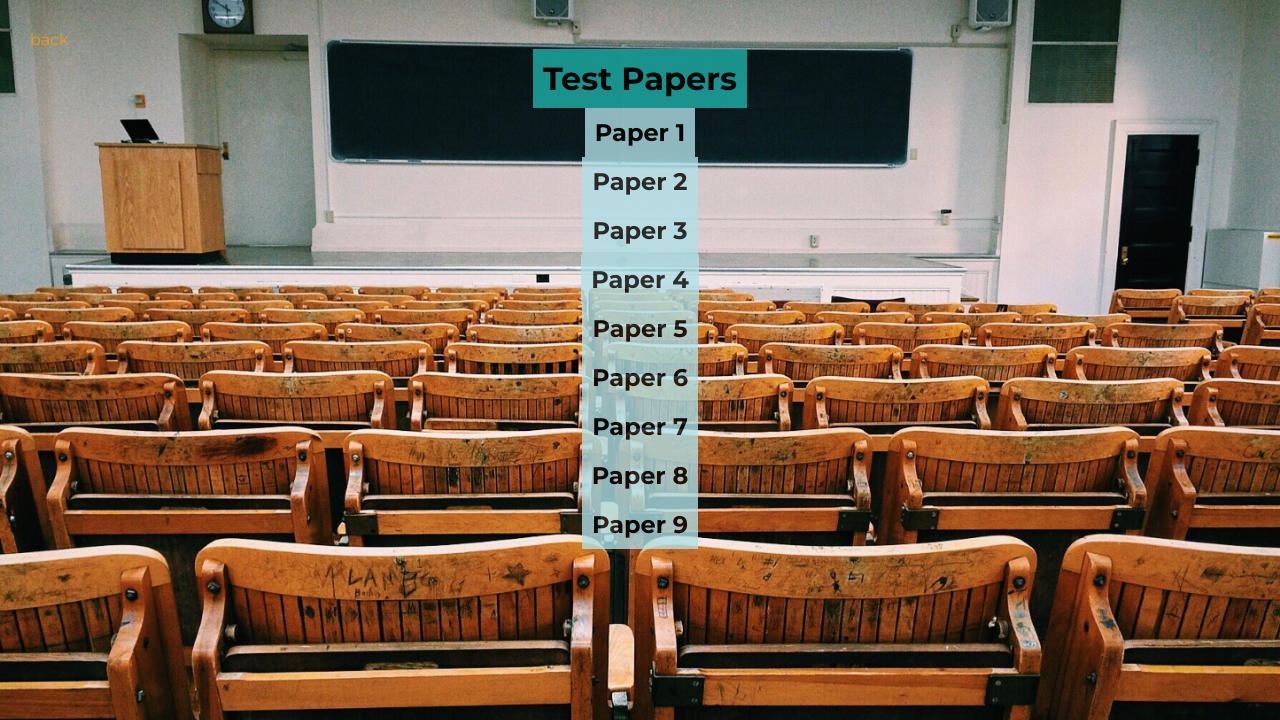
Repository: GauravBrahmbhatt/Psquare
Page: /testpage
These files come from the project's save history. The page is drawn as it stood at one moment and after a run of saves; the edit follows.
The browser window is 1280 px wide. The pictures show the whole page.
The project was rebuilt for these pictures with package versions that can differ from the ones it lists, and the page was loaded fresh each time. Also part of the build but not shown: src/pages/main.js, src/pages/timer.js, src/pages/TestPapers/level1.js.

Above is the page before, as saved 2020-06-18 18:31:01.

### src/App.js
import React, { Component } from 'react';
import {Switch, Route, Router} from 'react-router-dom';
import History from './pages/History';

import NextPage from './pages/TestLoader';
import Main from './pages/main';
//import TestPage from './pages/LevelCoordinator';
import TestPage from './pages/TestPapers/level1';
//import Level2 from './pages/TestPapers/level2';
//import Level3 from './pages/TestPapers/level3';
//import Level4 from './pages/TestPapers/level4';
//import Level5 from './pages/TestPapers/level5';
//import Level6 from './pages/TestPapers/level6';
//import Level7 from './pages/TestPapers/level7';

//https://codepen.io/abbeyjfitzgerald/pen/QaeoYj

/*const backUrl = '/some/other/value'
// this.props.testvalue === "hello"
<Link to={{pathname: `/${this.props.testvalue}`, query: {backUrl}}} />
console.log(this.props.match.params.testvalue, this.props.location.query.backurl)
// output
hello /some/other/value
*/



class App extends Component {
	//this.props.match.params.id






  render(){
    return(

      <Router history={History}>
        <Switch>
          <Route path="/" exact component={Main} />
          <Route path="/testpage" component={NextPage} />
          <Route path="/timedtest" component={TestPage} />

        </Switch>
      </Router>
    )

  }
}

export default App;

//	  <Route path="/random" component={Level4} />
/*{"q":["24","-4","7"], "a":27},
	{"q":["3","-2","36"], "a":37},
	{"q":["56","-1","3"], "a":58},
	{"q":["88","-2","-1"], "a":85},
	{"q":["73","-1","7"], "a":79},
	{"q":["7","32","-4"], "a":35},
	{"q":["6","71","-5"], "a":72},
	{"q":["16","-5","2"], "a":13},
	{"q":["7","22","-7"], "a":22},
	{"q":["38","-6","2"], "a":34},
	{"q":["5","54","-1"], "a":58},
	{"q":["5","54","-1"], "a":58},
	{"q":["5","54","-1"], "a":58},
	{"q":["5","54","-1"], "a":58},
	{"q":["5","54","-1"], "a":58},
	{"q":["5","54","-1"], "a":58},
	{"q":["5","54","-1"], "a":58},
	{"q":["5","54","-1"], "a":58},
	{"q":["5","54","-1"], "a":58},
	{"q":["5","54","-1"], "a":58},
	{"q":["5","54","-1"], "a":58},
	{"q":["5","54","-1"], "a":58},
	{"q":["5","54","-1"], "a":58},
	{"q":["5","54","-1"], "a":58},
	{"q":["5","54","-1"], "a":58},
	{"q":["5","54","-1"], "a":58},
	{"q":["5","54","-1"], "a":58},
	{"q":["5","54","-1"], "a":58},
	{"q":["5","54","-1"], "a":58},
	{"q":["5","54","-1"], "a":58},
	{"q":["5","54","-1"], "a":58},
	{"q":["5","54","-1"], "a":58},
	{"q":["5","54","-1"], "a":58},
	{"q":["5","54","-1"], "a":58},
	{"q":["5","54","-1"], "a":58},
	{"q":["5","54","-1"], "a":58},
	{"q":["5","54","-1"], "a":58},
	{"q":["5","54","-1"], "a":58},
	{"q":["5","54","-1"], "a":58},
	{"q":["5","54","-1"], "a":58},
	{"q":["5","54","-1"], "a":58},
	{"q":["5","54","-1"], "a":58},
	{"q":["5","54","-1"], "a":58},
	{"q":["5","54","-1"], "a":58},
	{"q":["5","54","-1"], "a":58},
	{"q":["5","54","-1"], "a":58},
	{"q":["5","54","-1"], "a":58},
	{"q":["5","54","-1"], "a":58},
	{"q":["5","54","-1"], "a":58},
	{"q":["5","54","-1"], "a":58},
	{"q":["5","54","-1"], "a":58},
	{"q":["5","54","-1"], "a":58},
	{"q":["5","54","-1"], "a":58},
	{"q":["5","54","-1"], "a":58},
	{"q":["5","54","-1"], "a":58},
	{"q":["5","54","-1"], "a":58},
	{"q":["5","54","-1"], "a":58},
	{"q":["5","54","-1"], "a":58},
	{"q":["5","54","-1"], "a":58},
	{"q":["5","54","-1"], "a":58},
	{"q":["5","54","-1"], "a":58},
	{"q":["5","54","-1"], "a":58},
	{"q":["5","54","-1"], "a":58},
	{"q":["5","54","-1"], "a":58},
	{"q":["5","54","-1"], "a":58},
	{"q":["5","54","-1"], "a":58},
	{"q":["5","54","-1"], "a":58},
	{"q":["5","54","-1"], "a":58},
	{"q":["5","54","-1"], "a":58},
	{"q":["5","54","-1"], "a":58},
	{"q":["5","54","-1"], "a":58},
	{"q":["5","54","-1"], "a":58},
	{"q":["5","54","-1"], "a":58},
	{"q":["5","54","-1"], "a":58},
	{"q":["5","54","-1"], "a":58},
	{"q":["5","54","-1"], "a":58},
	{"q":["5","54","-1"], "a":58},
	{"q":["5","54","-1"], "a":58},
	{"q":["5","54","-1"], "a":58},
	{"q":["5","54","-1"], "a":58},
	{"q":["5","54","-1"], "a":58},
	{"q":["5","54","-1"], "a":58},
	{"q":["5","54","-1"], "a":58},
	{"q":["5","54","-1"], "a":58},
	{"q":["5","54","-1"], "a":58},
	{"q":["5","54","-1"], "a":58},
	{"q":["5","54","-1"], "a":58},
	{"q":["5","54","-1"], "a":58},
	{"q":["5","54","-1"], "a":58},
	{"q":["5","54","-1"], "a":58},
	{"q":["5","54","-1"], "a":58},
	{"q":["5","54","-1"], "a":58},
	{"q":["5","54","-1"], "a":58},
	{"q":["5","54","-1"], "a":58},
	{"q":["5","54","-1"], "a":58},
	{"q":["5","54","-1"], "a":58},
	{"q":["5","54","-1"], "a":58},
	{"q":["5","54","-1"], "a":58},
	{"q":["5","54","-1"], "a":58},
	{"q":["5","54","-1"], "a":58},
	{"q":["5","54","-1"], "a":58},
	{"q":["5","54","-1"], "a":58},
	{"q":["5","54","-1"], "a":58},
	{"q":["5","54","-1"], "a":58},
	{"q":["5","54","-1"], "a":58},
	{"q":["5","54","-1"], "a":58},
	{"q":["5","54","-1"], "a":58},
	{"q":["5","54","-1"], "a":58},
	{"q":["5","54","-1"], "a":58},
	{"q":["5","54","-1"], "a":58},
	{"q":["5","54","-1"], "a":58},
	{"q":["5","54","-1"], "a":58},
	{"q":["5","54","-1"], "a":58},
	{"q":["5","54","-1"], "a":58},
	{"q":["5","54","-1"], "a":58},
	{"q":["5","54","-1"], "a":58},
	{"q":["5","54","-1"], "a":58},
	{"q":["5","54","-1"], "a":58},
	{"q":["5","54","-1"], "a":58},
	{"q":["5","54","-1"], "a":58},
	{"q":["5","54","-1"], "a":58},
	{"q":["5","54","-1"], "a":58},
	{"q":["5","54","-1"], "a":58},
	{"q":["5","54","-1"], "a":58},
	{"q":["5","54","-1"], "a":58},
	{"q":["5","54","-1"], "a":58},
	{"q":["5","54","-1"], "a":58},
	{"q":["5","54","-1"], "a":58},
	{"q":["5","54","-1"], "a":58},
	{"q":["5","54","-1"], "a":58},
	{"q":["5","54","-1"], "a":58},
	{"q":["5","54","-1"], "a":58},
	{"q":["5","54","-1"], "a":58},
	{"q":["5","54","-1"], "a":58},
	{"q":["5","54","-1"], "a":58},
	{"q":["5","54","-1"], "a":58},
	{"q":["5","54","-1"], "a":58},
	{"q":["5","54","-1"], "a":58},
	{"q":["5","54","-1"], "a":58},
	{"q":["5","54","-1"], "a":58}*/

### src/pages/TestLoader.js
import React, { useState, useEffect } from "react";
import { Link } from "react-router-dom";


const TestLoader = ({ location }) => {

    const [ level, setLLevel ] = useState('');

  useEffect(() => {
    const params = new URLSearchParams(location.search);
    const level = params.get("l");
    setLLevel(level ? level : "1");
  }, []);

  return (

    <div>
      <Link to="/">back</Link>
      <h1 className="title1">Test Papers</h1>
      <Link to="/timedtest?p=1">
        <p className="hover">Paper 1</p>
      </Link>
      <Link to="/timedtest?p=2">
        <p className="hover">Paper 2</p>
      </Link>
      <Link to="/timedtest?p=3">
        <p className="hover">Paper 3</p>
      </Link>
      <Link to="/timedtest?p=4">
        <p className="hover">Paper 4</p>
      </Link>
      <Link to="/timedtest?p=5">
        <p className="hover">Paper 5</p>
      </Link>
      <Link to="/timedtest?p=6">
        <p className="hover">Paper 6</p>
      </Link>
      <Link to="/timedtest?p=7">
        <p className="hover">Paper 7</p>
      </Link>
      <Link to="/timedtest?p=8">
        <p className="hover">Paper 8</p>
      </Link>
      <Link to="/timedtest?p=9">
        <p className="hover">Paper 9</p>
      </Link>
    </div>
  );
};

export default TestLoader;

### src/styleSheets/main.scss
@import url("https://fonts.googleapis.com/css?family=Montserrat:400,500,600,700");

* {
  -webkit-box-sizing: border-box;
  -moz-box-sizing: border-box;
  box-sizing: border-box;
}

body {
  font-family: "Montserrat";
  margin: 30px;
  background-image: url("../Bench.jpg");

  /* Set a specific height */
  height: 500px;

  /* Create the parallax scrolling effect */
  background-attachment: fixed;
  background-position: center;
  background-repeat: no-repeat;
  background-size: cover;
  //background-color:rgba(255,255,255,0.1);
  opacity: 0.8;
  //position: absolute;
  z-index: -1;
}

a {
  text-decoration: none;
  color: orange;
}

h2 {
  color: #000;
  margin: 2rem 0 0.5rem;
  font-size: 1.25rem;
  font-weight: 400;
  text-transform: uppercase;
}

img {
  display: block;
  border: 0;
  width: 100%;
  height: auto;
}

/***************************           Cards            *******************************/

.title {
  margin: auto;
  width: max-content;
  padding: 10px;
  font-size: 2rem;
  display: flex;
  font-weight: 900;
  background: #539fd3;
}

.title1 {
  margin: auto;
  width: max-content;
  padding: 10px;
  font-size: 2rem;
  display: flex;
  font-weight: 900;
  background: lightseagreen;
}

/* Turn off parallax scrolling for all tablets and phones. Increase/decrease the pixels if needed */
//@media only screen and (max-device-width: 1366px) {
// .parallax {
//   /* The image used */
//   //background-image: url("../Bench.jpg");

//   /* Set a specific height */
//   //height: 500px;

//   /* Create the parallax scrolling effect */
//   // background-attachment: fixed;
//   //background-position: center;
//   //background-repeat: no-repeat;
//   //background-size: cover;
//   //opacity: 0.2;
//   z-index: 1;
// }
//}

@mixin hideTapHighlightColor() {
  //Prevent highlight colour when element is tapped
  -webkit-tap-highlight-color: rgba(0, 0, 0, 0);
}

@mixin hardwareAccel() {
  //Improve performance on mobile/tablet devices
  transform: translateZ(0);
}

@mixin improveAntiAlias() {
  //Improve aliasing on mobile/tablet devices
  box-shadow: 0 0 1px rgba(0, 0, 0, 0);
}

.hover {
  display: inline-block;
  transition-duration: 0.5s;
  transition-property: transform;
  margin: auto;
  width: max-content;
  padding: 10px;
  font-size: 1.5rem;
  display: flex;
  font-weight: 900;
  color: black;
  background-color: powderblue;

  @include hideTapHighlightColor();
  @include hardwareAccel();
  @include improveAntiAlias();

  &:hover {
    transform: translateY(-6px);
    animation-name: hover;
    animation-duration: 1.5s;
    animation-delay: 1.5s;
    animation-timing-function: linear;
    animation-iteration-count: infinite;
    animation-direction: alternate;
  }
}

.cards {
  display: grid;
  grid-template-columns: repeat(
    auto-fill,
    minmax(200px, 1fr)
  ); /* see notes below */
  grid-auto-rows: minmax(120px, auto);
  grid-gap: 5rem;
  z-index: 5;
}

.card {
  /*height: 200px;*/
  /*background: red;*/
  border: 2px solid #e7e7e7;
  border-radius: 4px;
  padding: 0.5rem;
  -webkit-box-shadow: 0 2px 2px rgba(0, 0, 0, 0.15);
  box-shadow: 0 2px 2px rgba(0, 0, 0, 0.15);
  display: flex;
  /* -webkit-box-orient: vertical; */
  /* -webkit-box-direction: normal; */
  -ms-flex-direction: column;
  flex-direction: column;
  position: relative;
  color: #5d5e5e;
} /* li item */

.thumbnail img {
  fill: #c7c4c4;
  height: 135px;
  //opacity: 0.25;
  padding: 1.5rem;
}

.card-content {
  font-size: 0.75rem;
  display: flex;
  -webkit-box-orient: vertical;
  -webkit-box-direction: normal;
  -ms-flex-direction: column;
  flex-direction: column;
  -webkit-box-flex: 1;
  -ms-flex: 1;
  flex: 1;
}

.panel.card-panel .panel-header {
  background-color: #ffffff;
  font-size: 0.75rem;
  font-weight: 400;
  height: 25px !important;
}

.panel.card-panel .panel-content {
  -webkit-box-flex: 1;
  -ms-flex: 1;
  flex: 1;
}

.category {
  font-size: 0.75rem;
  text-transform: uppercase;
}

footer {
  border-top: 2px solid #e7e7e7;
  margin: 0.5rem 0 0;
  min-height: 30px;
  font-size: 0.5rem;
}

.category {
  position: absolute;
  top: 105px;
  left: 75px;
  color: #fff;
  background: #e74c3c;
  padding: 5px 15px;
  font-size: 15px;
  font-weight: 600;
  text-transform: uppercase;
}

.category__01 {
  background-color: #50c6db;
}

.category__02 {
  background-color: #51bb7b;
}

.category__03 {
  background-color: firebrick;
}

.category__04 {
  background-color: palegoldenrod;
}

.category__05 {
  background-color: olive;
}

.post-meta {
  margin-top: 1rem;
}

.comments {
  margin-left: 0.5rem;
}

.center {
  margin: auto;
  width: 50%;
  //border: 3px solid green;
  padding: 10px;
}

.fa-check {
  color: #13a775;
}

.fa-times {
  color: #f42020;
}

input[type="number"]::-webkit-inner-spin-button,
input[type="number"]::-webkit-outer-spin-button {
  -webkit-appearance: none;
}
input[type="number"] {
  -moz-appearance: textfield;
}

.heidi {
  display: none;
}

table {
  border-collapse: collapse;
}

//td, th,
tr {
  border: 2.5px solid #999;
  padding: 5px;
  text-align: center;
}

Loaded but not shown: src/index.js (common file); src/index.css (common file); src/serviceWorker.js (common file); src/pages/History.js (common file)

After the next 7 saves:
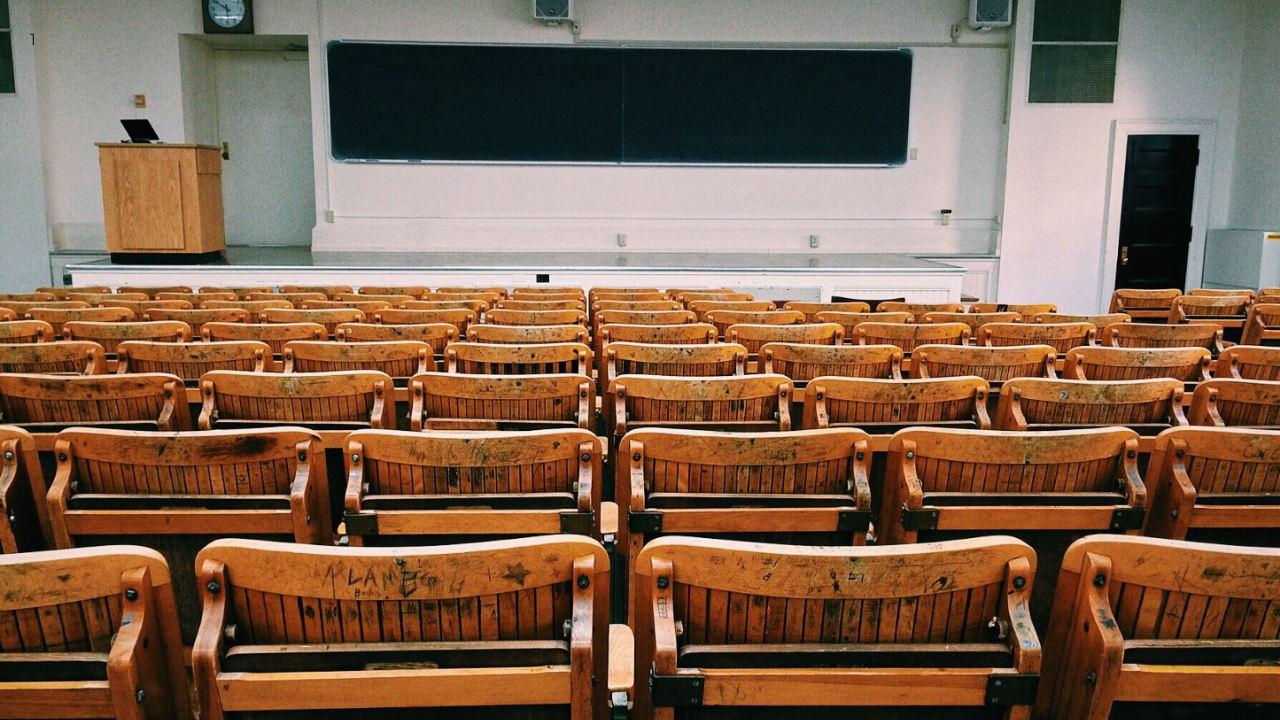
The 7 saves are shown as one change because 3 did not build or start and some came seconds apart.
The last was saved 41 s later.
--- a/src/pages/TestLoader.js
+++ b/src/pages/TestLoader.js
@@ -13,38 +13,9 @@ const TestLoader = ({ location }) => {
   }, []);
 
   return (
+      level
 
-    <div>
-      <Link to="/">back</Link>
-      <h1 className="title1">Test Papers</h1>
-      <Link to="/timedtest?p=1">
-        <p className="hover">Paper 1</p>
-      </Link>
-      <Link to="/timedtest?p=2">
-        <p className="hover">Paper 2</p>
-      </Link>
-      <Link to="/timedtest?p=3">
-        <p className="hover">Paper 3</p>
-      </Link>
-      <Link to="/timedtest?p=4">
-        <p className="hover">Paper 4</p>
-      </Link>
-      <Link to="/timedtest?p=5">
-        <p className="hover">Paper 5</p>
-      </Link>
-      <Link to="/timedtest?p=6">
-        <p className="hover">Paper 6</p>
-      </Link>
-      <Link to="/timedtest?p=7">
-        <p className="hover">Paper 7</p>
-      </Link>
-      <Link to="/timedtest?p=8">
-        <p className="hover">Paper 8</p>
-      </Link>
-      <Link to="/timedtest?p=9">
-        <p className="hover">Paper 9</p>
-      </Link>
-    </div>
+
   );
 };
 
